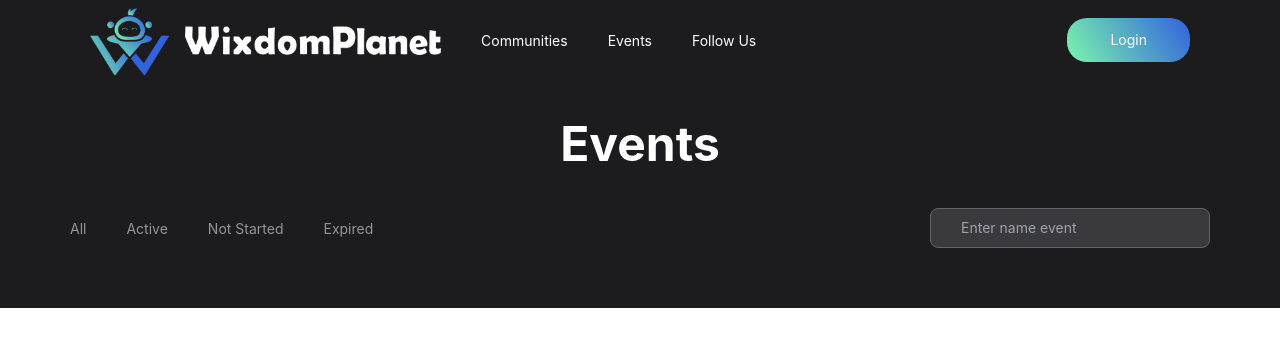
Repository: haudnn/WixdomPlanet-demo
Page: /
These files come from the project's save history. The page is drawn as it stood at one moment and after the next save; the edit follows.
The browser window is 1280 px wide. The pictures show the whole page.
The project was rebuilt for these pictures with package versions that can differ from the ones it lists, and the page was loaded fresh each time. Also part of the build but not shown: vite.config.js.

Above is the page before, as saved 2023-02-03 10:39:34.

### src/App.jsx
import "./App.css";
import { BrowserRouter } from "react-router-dom";
import Header from "./components/Layout/Header";
import RoutesConfig from "./config/RoutesConfig";
function App() {
  return (
    <div className="App bg-[#1c1c1e]">
      <BrowserRouter>
        <Header />
        <RoutesConfig/>
      </BrowserRouter>
    </div>
  );
}

export default App;

### src/index.css
@tailwind base;
@tailwind components;
@tailwind utilities;

:root {
  font-family: Inter, system-ui, Avenir, Helvetica, Arial, sans-serif;
}

### src/App.css
.grid {
    width: 100% !important;
    display: block !important;
    padding: 0;
}

.grid.wide {
    max-width: 1200px;
    margin: 0 auto;
}

.row {
    display: flex;
    flex-wrap: wrap;
    margin-left: -4px;
    margin-right: -4px;
}

.row.no-gutters {
    margin-left: 0;
    margin-right: 0;
}

.col {
    padding-left: 4px;
    padding-right: 4px;
}

.row.no-gutters .col {
    padding-left: 0;
    padding-right: 0;
}

.c-0 {
    display: none;
}

.c-1 {
    flex: 0 0 8.33333%;
    max-width: 8.33333%;
}

.c-2 {
    flex: 0 0 16.66667%;
    max-width: 16.66667%;
}

.c-3 {
    flex: 0 0 25%;
    max-width: 25%;
}

.c-4 {
    flex: 0 0 33.33333%;
    max-width: 33.33333%;
}

.c-5 {
    flex: 0 0 41.66667%;
    max-width: 41.66667%;
}

.c-6 {
    flex: 0 0 50%;
    max-width: 50%;
}

.c-7 {
    flex: 0 0 58.33333%;
    max-width: 58.33333%;
}

.c-8 {
    flex: 0 0 66.66667%;
    max-width: 66.66667%;
}

.c-9 {
    flex: 0 0 75%;
    max-width: 75%;
}

.c-10 {
    flex: 0 0 83.33333%;
    max-width: 83.33333%;
}

.c-11 {
    flex: 0 0 91.66667%;
    max-width: 91.66667%;
}

.c-12 {
    flex: 0 0 100%;
    max-width: 100%;
}

.c-o-1 {
    margin-left: 8.33333%;
}

.c-o-2 {
    margin-left: 16.66667%;
}

.c-o-3 {
    margin-left: 25%;
}

.c-o-4 {
    margin-left: 33.33333%;
}

.c-o-5 {
    margin-left: 41.66667%;
}

.c-o-6 {
    margin-left: 50%;
}

.c-o-7 {
    margin-left: 58.33333%;
}

.c-o-8 {
    margin-left: 66.66667%;
}

.c-o-9 {
    margin-left: 75%;
}

.c-o-10 {
    margin-left: 83.33333%;
}

.c-o-11 {
    margin-left: 91.66667%;
}

/* >= Tablet */
@media (min-width: 740px) {
    .row {
        margin-left: -8px;
        margin-right: -8px;
    }

    .col {
        padding-left: 8px;
        padding-right: 8px;
    }

    .m-0 {
        display: none;
    }

    .m-1,
    .m-2,
    .m-3,
    .m-4,
    .m-5,
    .m-6,
    .m-7,
    .m-8,
    .m-9,
    .m-10,
    .m-11,
    .m-12 {
        display: block;
    }

    .m-1 {
        flex: 0 0 8.33333%;
        max-width: 8.33333%;
    }

    .m-2 {
        flex: 0 0 16.66667%;
        max-width: 16.66667%;
    }

    .m-3 {
        flex: 0 0 25%;
        max-width: 25%;
    }

    .m-4 {
        flex: 0 0 33.33333%;
        max-width: 33.33333%;
    }

    .m-5 {
        flex: 0 0 41.66667%;
        max-width: 41.66667%;
    }

    .m-6 {
        flex: 0 0 50%;
        max-width: 50%;
    }

    .m-7 {
        flex: 0 0 58.33333%;
        max-width: 58.33333%;
    }

    .m-8 {
        flex: 0 0 66.66667%;
        max-width: 66.66667%;
    }

    .m-9 {
        flex: 0 0 75%;
        max-width: 75%;
    }

    .m-10 {
        flex: 0 0 83.33333%;
        max-width: 83.33333%;
    }

    .m-11 {
        flex: 0 0 91.66667%;
        max-width: 91.66667%;
    }

    .m-12 {
        flex: 0 0 100%;
        max-width: 100%;
    }

    .m-o-1 {
        margin-left: 8.33333%;
    }

    .m-o-2 {
        margin-left: 16.66667%;
    }

    .m-o-3 {
        margin-left: 25%;
    }

    .m-o-4 {
        margin-left: 33.33333%;
    }

    .m-o-5 {
        margin-left: 41.66667%;
    }

    .m-o-6 {
        margin-left: 50%;
    }

    .m-o-7 {
        margin-left: 58.33333%;
    }

    .m-o-8 {
        margin-left: 66.66667%;
    }

    .m-o-9 {
        margin-left: 75%;
    }

    .m-o-10 {
        margin-left: 83.33333%;
    }

    .m-o-11 {
        margin-left: 91.66667%;
    }
}

/* PC medium resolution > */
@media (min-width: 1113px) {
    .row {
        margin-left: -12px;
        margin-right: -12px;
    }

    .row.sm-gutter {
        margin-left: -5px;
        margin-right: -5px;
    }

    .col {
        padding-left: 12px;
        padding-right: 12px;
    }

    .row.sm-gutter .col {
        padding-left: 5px;
        padding-right: 5px;
    }

    .l-0 {
        display: none;
    }

    .l-1,
    .l-2,
    .l-2-4,
    .l-3,
    .l-4,
    .l-5,
    .l-6,
    .l-7,
    .l-8,
    .l-9,
    .l-10,
    .l-11,
    .l-12 {
        display: block;
    }

    .l-1 {
        flex: 0 0 8.33333%;
        max-width: 8.33333%;
    }

    .l-2 {
        flex: 0 0 16.66667%;
        max-width: 16.66667%;
    }

    .l-2-4 {
        flex: 0 0 20%;
        max-width: 20%;
    }

    .l-3 {
        flex: 0 0 25%;
        max-width: 25%;
    }

    .l-4 {
        flex: 0 0 33.33333%;
        max-width: 33.33333%;
    }

    .l-5 {
        flex: 0 0 41.66667%;
        max-width: 41.66667%;
    }

    .l-6 {
        flex: 0 0 50%;
        max-width: 50%;
    }

    .l-7 {
        flex: 0 0 58.33333%;
        max-width: 58.33333%;
    }

    .l-8 {
        flex: 0 0 66.66667%;
        max-width: 66.66667%;
    }

    .l-9 {
        flex: 0 0 75%;
        max-width: 75%;
    }

    .l-10 {
        flex: 0 0 83.33333%;
        max-width: 83.33333%;
    }

    .l-11 {
        flex: 0 0 91.66667%;
        max-width: 91.66667%;
    }

    .l-12 {
        flex: 0 0 100%;
        max-width: 100%;
    }

    .l-o-1 {
        margin-left: 8.33333%;
    }

    .l-o-2 {
        margin-left: 16.66667%;
    }

    .l-o-3 {
        margin-left: 25%;
    }

    .l-o-4 {
        margin-left: 33.33333%;
    }

    .l-o-5 {
        margin-left: 41.66667%;
    }

    .l-o-6 {
        margin-left: 50%;
    }

    .l-o-7 {
        margin-left: 58.33333%;
    }

    .l-o-8 {
        margin-left: 66.66667%;
    }

    .l-o-9 {
        margin-left: 75%;
    }

    .l-o-10 {
        margin-left: 83.33333%;
    }

    .l-o-11 {
        margin-left: 91.66667%;
    }
}

/* Tablet - PC low resolution */
@media (min-width: 740px) and (max-width: 1023px) {
    .wide {
        width: 644px;
    }
}

/* > PC low resolution */
@media (min-width: 1024px) and (max-width: 1239px) {
    .wide {
        width: 984px;
    }

    .wide .row {
        margin-left: -12px;
        margin-right: -12px;
    }

    .wide .row.sm-gutter {
        margin-left: -5px;
        margin-right: -5px;
    }

    .wide .col {
        padding-left: 12px;
        padding-right: 12px;
    }

    .wide .row.sm-gutter .col {
        padding-left: 5px;
        padding-right: 5px;
    }

    .wide .l-0 {
        display: none;
    }

    .wide .l-1,
    .wide .l-2,
    .wide .l-2-4,
    .wide .l-3,
    .wide .l-4,
    .wide .l-5,
    .wide .l-6,
    .wide .l-7,
    .wide .l-8,
    .wide .l-9,
    .wide .l-10,
    .wide .l-11,
    .wide .l-12 {
        display: block;
    }

    .wide .l-1 {
        flex: 0 0 8.33333%;
        max-width: 8.33333%;
    }

    .wide .l-2 {
        flex: 0 0 16.66667%;
        max-width: 16.66667%;
    }

    .wide .l-2-4 {
        flex: 0 0 20%;
        max-width: 20%;
    }

    .wide .l-3 {
        flex: 0 0 25%;
        max-width: 25%;
    }

    .wide .l-4 {
        flex: 0 0 33.33333%;
        max-width: 33.33333%;
    }

    .wide .l-5 {
        flex: 0 0 41.66667%;
        max-width: 41.66667%;
    }

    .wide .l-6 {
        flex: 0 0 50%;
        max-width: 50%;
    }

    .wide .l-7 {
        flex: 0 0 58.33333%;
        max-width: 58.33333%;
    }

    .wide .l-8 {
        flex: 0 0 66.66667%;
        max-width: 66.66667%;
    }

    .wide .l-9 {
        flex: 0 0 75%;
        max-width: 75%;
    }

    .wide .l-10 {
        flex: 0 0 83.33333%;
        max-width: 83.33333%;
    }

    .wide .l-11 {
        flex: 0 0 91.66667%;
        max-width: 91.66667%;
    }

    .wide .l-12 {
        flex: 0 0 100%;
        max-width: 100%;
    }

    .wide .l-o-1 {
        margin-left: 8.33333%;
    }

    .wide .l-o-2 {
        margin-left: 16.66667%;
    }

    .wide .l-o-3 {
        margin-left: 25%;
    }

    .wide .l-o-4 {
        margin-left: 33.33333%;
    }

    .wide .l-o-5 {
        margin-left: 41.66667%;
    }

    .wide .l-o-6 {
        margin-left: 50%;
    }

    .wide .l-o-7 {
        margin-left: 58.33333%;
    }

    .wide .l-o-8 {
        margin-left: 66.66667%;
    }

    .wide .l-o-9 {
        margin-left: 75%;
    }

    .wide .l-o-10 {
        margin-left: 83.33333%;
    }

    .wide .l-o-11 {
        margin-left: 91.66667%;
    }
}

### src/components/Layout/Header.jsx
import React from 'react'
import { Link } from 'react-router-dom'
import logo from "../../assets/imgs/logo.png"
const Header = () => {
  return (
    <header className='h-[80px]'>
        <div className='max-w-[1140px] my-0 mx-auto h-full px-5'>
            <div className='flex items-center justify-between h-full'>
                <div className='flex items-center gap-x-10'>
                    <div className='h-[80px]'>
                        <Link to="/">
                            <img src={logo} alt="Logo" className='w-full h-full object-cover' />
                        </Link>
                    </div>
                    <ul className='flex items-center gap-x-10'>
                        <li>
                            <Link className='text-sm text-white' to="/communities">Communities</Link>
                        </li>
                        <li>
                            <Link className='text-sm text-white' to="/events">Events</Link>
                        </li>
                        <li>
                            <Link className='text-sm text-white' to="/follow">Follow Us</Link>
                        </li>
                    </ul>
                </div>
                <button style={{background: "linear-gradient(239deg,#3262dd,#7af4ae 98.78%)"}} className='text-sm text-white rounded-[20px] py-3 px-[43px]'>
                    <Link to="/login">Login</Link>
                </button>
            </div>
        </div>
    </header>
  )
}

export default Header

### src/config/RoutesConfig.jsx
import { Routes, Route } from 'react-router-dom';
import routes from '../constants/routes';
function RoutesConfig() {
  return (
    <Routes>
      {routes.map(({ path, component }) => (
        <Route key={path} path={path} element={component} />
      ))}
    </Routes>
  );
}
export default RoutesConfig;

### src/constants/routes.jsx
import Home from "../features/Home";

const routes = [
    {
      path: '/',
      component: <Home/>,
    },
]
export default routes;

### src/features/Home.jsx
import React from 'react'
import Event from './Event/page/Event'

const Home = () => {
  return (
    <section className='home py-10 max-w-[1140px] my-0 mx-auto'>
        <div className='text-center'>
            <span className="text-white font-bold text-5xl ">Events</span>
        </div>
        <div className='mt-10 flex items-center justify-between'>
            <ul className='flex items-center gap-x-10'>
                <li>
                    <span className='text-sm text-[#949499] cursor-pointer'>All</span>
                </li>
                <li>
                    <span className='text-sm text-[#949499] cursor-pointer'>Active</span>
                </li>
                <li>
                    <span className='text-sm text-[#949499] cursor-pointer'>Not Started</span>
                </li>
                <li>
                    <span className='text-sm text-[#949499] cursor-pointer'>Expired</span>
                </li>
            </ul>
            <div className='w-[280px]'>
                <input type="text" placeholder='Enter name event' className='text-sm pl-[30px] pr-[15px] h-10 leading-10 border border-solid border-[#636366] inline-block w-full bg-[#3a3a3c] rounded-lg text-white'/>
            </div>
        </div>
        <div className='mt-5'>
            <Event/>
        </div>
    </section>
  )
}

export default Home

### src/features/Event/page/Event.jsx
import EventItem from "../components/EventItem"

const Event = () => {
  return (
    <div className="event">
        <div className="grid">
            <div className="row">
               <EventItem></EventItem>
            </div>
        </div>
    </div>
  )
}

export default Event

### src/features/Event/components/EventItem.jsx
import { Link } from "react-router-dom"

const EventItem = () => {
    return (
        <div className="col l-4">
            <Link to="/">

            </Link>
        </div>
    )
  }
  export default EventItem

Loaded but not shown: index.html (common file); src/main.jsx (common file); tailwind.config.cjs (common file)

After the next save:
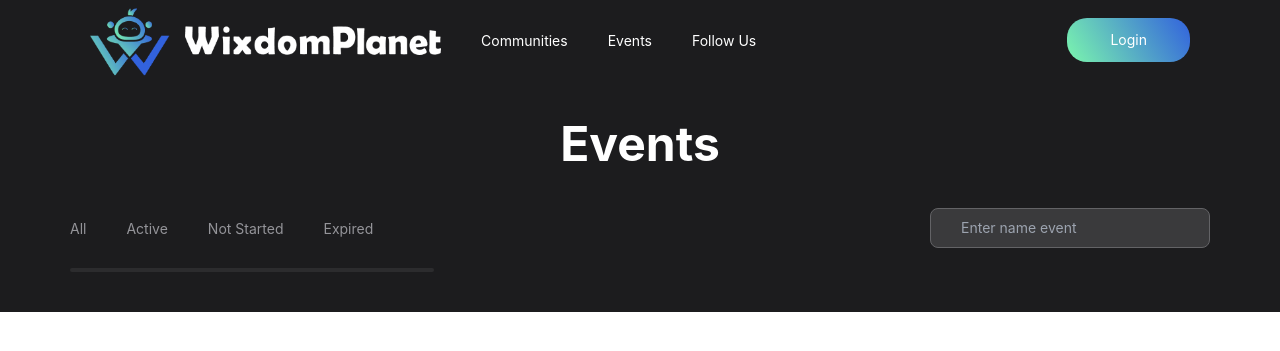
Saved 55 s later.
--- a/src/features/Event/components/EventItem.jsx
+++ b/src/features/Event/components/EventItem.jsx
@@ -3,7 +3,7 @@
 const EventItem = () => {
     return (
         <div className="col l-4">
-            <Link to="/">
+            <Link to="/" className="block rounded-xl p-[2px] cursor-pointer bg-[#2c2c2e] relative h-full">
 
             </Link>
         </div>
